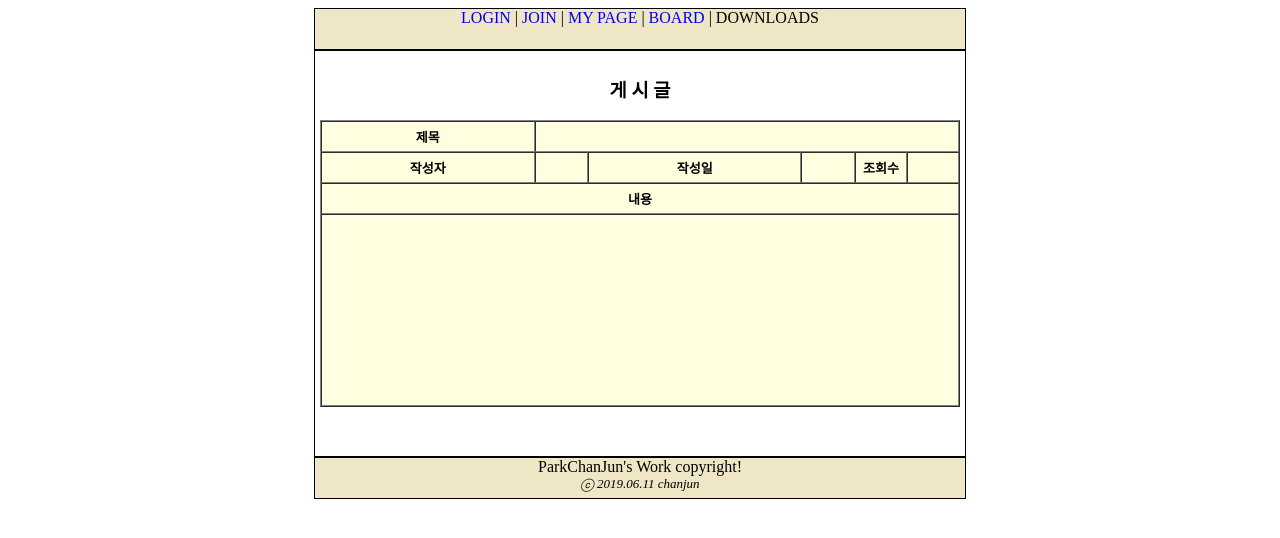
Repository: slolee/Spring-Board
Page: http://localhost/spring_project/WEB-INF/views/board/contentView.jsp
These files come from the project's save history. The page is drawn as it stood at one moment and after the next save; the edit follows.
The browser window is 1280 px wide. The pictures show the whole page.
The page is served by Tomcat 9. Nobody is signed in. Other server files are loaded and not shown. The template is opened directly, without the code that normally fills it, so the values that code supplies are empty.

Above is the page before, as saved 2019-06-17 02:16:14.

### spring_project/src/main/webapp/WEB-INF/views/board/contentView.jsp
<%@ page language="java" contentType="text/html; charset=UTF-8"
    pageEncoding="UTF-8"%>
<%@ taglib prefix="c" uri="http://java.sun.com/jsp/jstl/core" %>
<jsp:include page="../layout/header.jsp">
	<jsp:param name="title" value="Board Page!"/>
</jsp:include>

<h3>게 시 글</h3>
<table border=1 cellpadding="5" cellspacing="0" align="center" width="640px" higth="400px" bgcolor="#FFFFE0" style="font-size:small;">
		<tr>
			<th>제목</th>
			<td colspan="5">${ vo.title }</td>

		</tr>
		<tr>
			<th>작성자</th>
			<td>${ vo.id }</td>
			<th>작성일</th>
			<td>${ vo.regdate }</td>
			<th width="40px">조회수</th>
			<td width="40px">${ vo.hit }</td>
		</tr>

		<tr>
			<th colspan="6">내용</th>
		</tr>

		<tr>
			<td colspan="6" height="180px">${ vo.context }</td>
		</tr>
</table>

<%@ include file = "../layout/footer.jsp" %>

### spring_project/src/main/webapp/WEB-INF/views/layout/footer.jsp
<%@ page language="java" contentType="text/html; charset=UTF-8"
    pageEncoding="UTF-8"%>
		</div>
		<div id="footer" align="center">
			ParkChanJun's Work copyright! <br>
			<i><font size="2">ⓒ 2019.06.11 chanjun</font></i>
		</div>
	</div>
</body>
</html>

### spring_project/src/main/webapp/WEB-INF/views/layout/header.jsp
<%@ page language="java" contentType="text/html; charset=UTF-8"
    pageEncoding="UTF-8"%>
<%@ taglib prefix="c" uri="http://java.sun.com/jsp/jstl/core" %>
<%
	request.setCharacterEncoding("UTF-8");
	String title = request.getParameter("title");
	if(title == null)
		title = "My Homepage";
%>
<!DOCTYPE html PUBLIC "-//W3C//DTD HTML 4.01 Transitional//EN" "http://www.w3.org/TR/html4/loose.dtd">
<html>
<head>
	<meta http-equiv="Content-Type" content="text/html; charset=UTF-8">
	<title><%= title %></title>
	<style>
		#header, #footer{
			background-color: #EEE6C4;
			font-family: "HY울릉도M";
			border: 1px solid black;
			width: 650px;
			height: 40px;
		}
		#main{
			border: 1px solid black;
			width: 650px;
			min-height: 400px;
			padding-top: 5px;
		}
		a{
			text-decoration: none;
		}

		input[type=button], input[type=submit], input[type=reset]{
			font-size: 9pt;
		}

		table{
			bgcolor: #EEE6C4;
		}

	</style>
</head>
<body>
	<div align="center">
		<div id="header" align="center">
			<c:choose>
				<c:when test="${ sessionScope.login_id == null }">
					<a href="loginView.do">LOGIN</a> |
					<a href="joinView.do">JOIN</a> |
				</c:when>
				<c:otherwise>
					${ sessionScope.login_nickname } |
					<a href="logoutLogic.do">LOGOUT</a> |
				</c:otherwise>
			</c:choose>

			<a href="mypageView.do">MY PAGE</a> |
			<a href="boardView.do">BOARD</a> |
			DOWNLOADS
		</div>
		<div id="main" align="center">

After the next save:
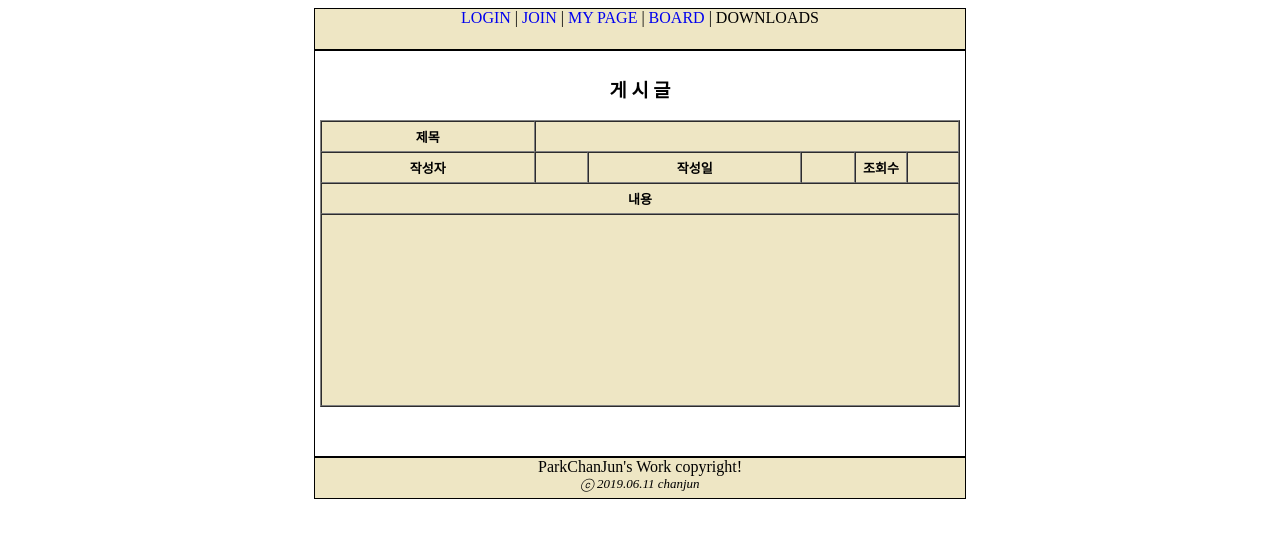
Saved 55 s later.
--- a/spring_project/src/main/webapp/WEB-INF/views/layout/header.jsp
+++ b/spring_project/src/main/webapp/WEB-INF/views/layout/header.jsp
@@ -35,7 +35,7 @@
 		}
 
 		table{
-			bgcolor: #EEE6C4;
+			background-color: #EEE6C4;
 		}
 
 	</style>
